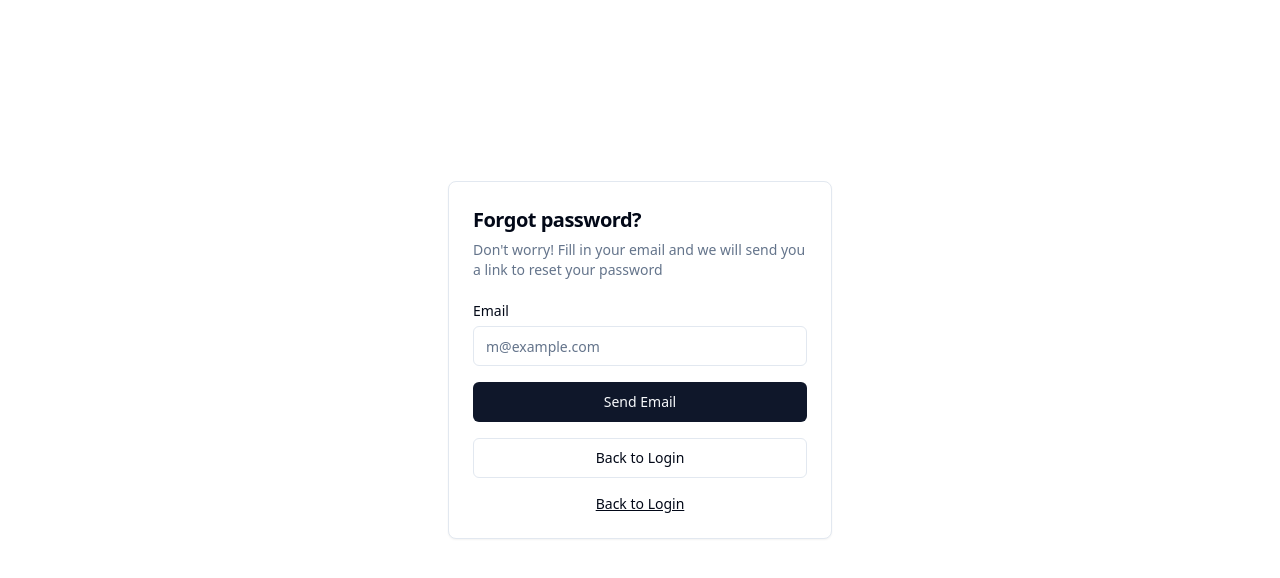
Repository: ifeanyidavid/yabta
Page: /forgot-password (app in frontend/)
The author's editor kept a copy of each file at every save. The page is drawn from the files as they stood at one save, then again after the next save.
The browser window is 1280 px wide. The pictures show the whole page.
The project was rebuilt for these pictures with package versions that can differ from the ones it lists, and the page was loaded fresh each time. Also part of the build but not shown: frontend/vite.config.ts, frontend/src/components/login-form.tsx, frontend/src/pages/Login/index.tsx, frontend/src/routes/root.tsx, frontend/src/routes/error-page.tsx, frontend/src/routes/dashboard.tsx, frontend/src/components/register-form.tsx, frontend/src/pages/Register/index.tsx and 1 more.

Above is the page before, as saved 2024-07-13 00:33:20.

After the next save:
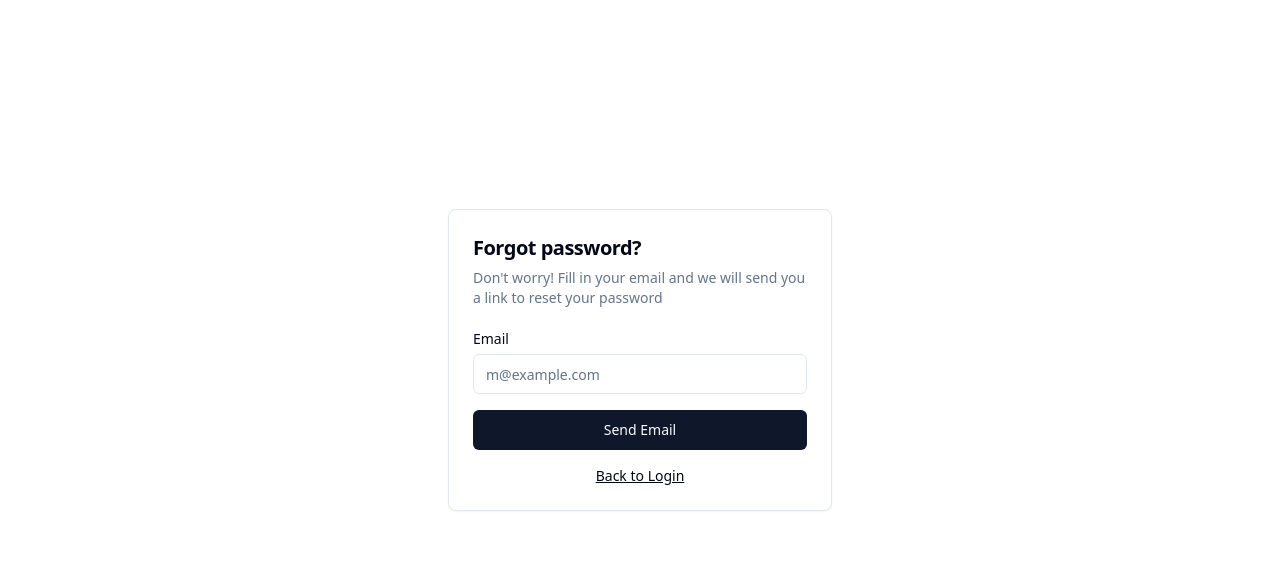
Saved 8 s later.
--- a/frontend/src/components/forgot-password-form.tsx
+++ b/frontend/src/components/forgot-password-form.tsx
@@ -40,13 +40,6 @@ export function ForgotPasswordForm() {
           >
             Send Email
           </Button>
-          <Button
-            onClick={navigateToLogin}
-            variant="outline"
-            className="w-full"
-          >
-            Back to Login
-          </Button>
         </div>
         <div className="mt-4 text-center text-sm">
           <NavLink to="/register" className="underline">
